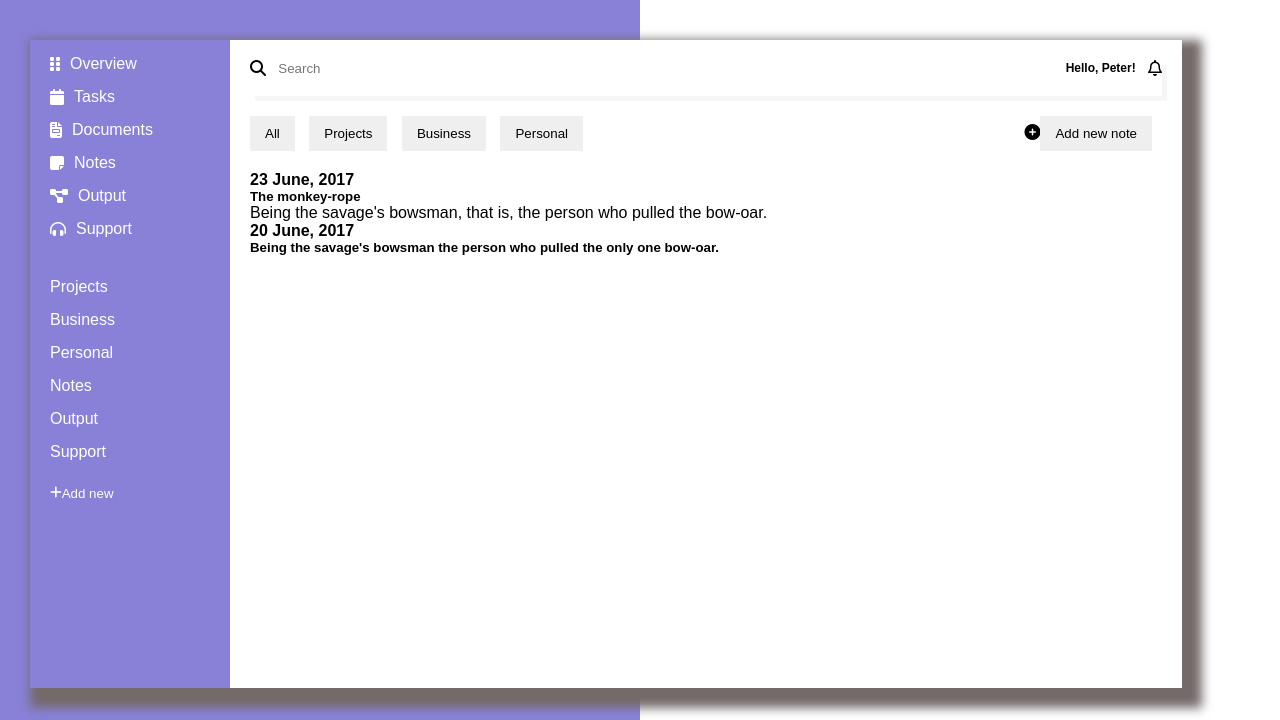
Repository: SatenikGabrielyan/HTML_CSS-_Assignment
Page: index.html
These files come from the project's save history. The page is drawn as it stood at one moment and after the next save; the edit follows.
The browser window is 1280 px wide. The pictures show the whole page.
Some web libraries are served in a nearby version.

Above is the page before, as saved 2025-03-18 00:30:50.

### index.html
<!DOCTYPE html>
<html lang="en">
  <head>
    <meta charset="UTF-8" />
    <meta name="viewport" content="width=device-width, initial-scale=1.0" />
    <title>Notes App</title>
    <link rel="stylesheet" href="./style.css" />
    <script src="https://kit.fontawesome.com/858d305f19.js" crossorigin="anonymous"></script>
</head>
  <body>
      <div class="cont">
          <div class="purp"></div>
          <div class="whit"></div>
      </div>
    <div class="container">
      <aside class="sidebar">
        <!-- <header class="circle">
            <i class="fa-regular fa-circle"></i>
        </header> -->
        <nav>
            <ul class="first">
                <li><i class="fa-solid fa-grip-vertical"></i>Overview</li>
                <li> <i class="fa-solid fa-calendar"></i>Tasks</li>
                <li><i class="fa-solid fa-file-invoice"></i>Documents</li>
                <li><i class="fa-solid fa-note-sticky"></i>Notes</li>
                <li><i class="fa-solid fa-diagram-project"></i>Output</li>
                <li><i class="fa-solid fa-headphones-simple"></i>Support</li>
            </ul>
            <ul class="second">
                <li>Projects</li>
                <li>Business</li>
                <li>Personal</li>
                <li>Notes</li>
                <li>Output</li>
                <li>Support</li>
            </ul>
        </nav>
        <button class="add-new"><i class="fa-solid fa-plus"></i>Add new</button>
        <div class="foot">

        </div>
    </aside>

    <main class="main-content">
       <div class="header">
            <i class="fas fa-search"></i>  <input type="text" placeholder="Search">
            <h3>Hello, Peter!</h3> <i class="fa-regular fa-bell"></i>
    </div>
    <div class="proj">
        <div class="but">
        <div class="tabs">
            <button>All</button>
            <button>Projects</button>
            <button>Business</button>
            <button>Personal</button>
        </div>
        <div >
            <i class="fa-solid fa-circle-plus"></i><button class="add tabs">Add new note</button>
        </div>
    </div>
        <!-- <div class="notes-grid">

            <div class="note-card">
                <h4>23 June, 2017</h4>
                <h5>The monkey-rope</h5>
                <p>Being the savage's bowsman, that is, the person who pulled the bow-oar.</p>
            </div>
            <div class="note-card">
                <h4>20 June, 2017</h4>
                <h5>Being the savage's bowsman</h5>
                <p>The person who pulled the only one bow-oar.</p>
            </div>
            <div class="note-card">
                <h4>1 June, 2017</h4>
                <h5>Vacation!</h5>
            </div>
            <div class="note-card">
                <h4>25 May, 2017</h4>
                <h5>The monkey-rope</h5>
                <p>Being the savage's bowsman, that is, the person who pulled the bow-oar.</p>
            </div>
            <div class="note-card">
                <h4>20 May, 2017</h4>
                <h5>New workplace</h5>
            </div>
            <div class="note-card">
                <h4>5 May, 2017</h4>
                <h5>That is, the person</h5>
                <p>Being the savage.</p>
            </div>
        </div> -->
        <div class="cards">
            <div class="card">
                <h4>23 June, 2017</h4>
                <h5>The monkey-rope</h5>
                <p>Being the savage's bowsman, that is, the person who pulled the bow-oar.</p>
            </div>
            <div class="card">
                <h4>20 June, 2017</h4>
                <h5>Being the savage's bowsman the person who pulled the only one bow-oar.</h5>
            </div>
        </div>
    </div>
    </main>

    </div>

  </body>
</html>

### style.css
/* CSS Variables for Colors */
:root {
    --bg-color: #fbfbfb;
    --primary-color: #8981d8;
    --secondary-color: #d0d0d0;
    --text-color: #858499;
    --highlight-color: #7f77cc;
    --hover-color: rgba(137, 129, 216, 0.5);
  }


  * {
    margin: 0;
    padding: 0;
    box-sizing: border-box;
  }

  body {
    font-family: Arial, sans-serif;
    /* background-color: var(--bg-color); */
    display: flex;
    height: 100vh;
  }
  .wrapper{
    position: relative;
  }

  .cont{
      display: flex;
      width: 100%;
      position: relative;
      z-index: -1;
      border-radius: 10px;
  }
.purp {
    width: 50%;
    background-color: var(--primary-color);
    flex-direction: row;
}
.whit {
    width: 50%;
    /* background-color: lightgray; */
    flex-direction: row;
}
  .container {
    display: flex;
    width: 90%;
    height: 90%;

    box-shadow: 10px 10px 10px 10px rgb(116, 106, 106);
    margin-left: 30px;
    margin-right: 30px;
    margin-top: 40px;
    margin-bottom: 80px;
    background: center;
    position: absolute;
    z-index: 2;
  }

   .sidebar {
    width: 200px;
    background-color: var(--primary-color);
    color: #fff;
    display: flex;
    flex-direction: column;
    /* padding: 20px; */
  }

  /* .main-content li {
    float: left;
  }

  .main-content li a {
    display: block;
    color: white;
    text-align: center;
    padding: 14px 16px;
    text-decoration: none;
  }

  .main-content li a:hover:not(.active) {
    background-color: #111;
  } */
  /* .first {
    list-style-type: none;
     list-style: none;
} */
.first li {
    margin: 15px 0;
    display: flex;
    align-items: center;
    cursor: pointer;
    padding-left: 20px;
}
  .sidebar-header h2 {
    margin-bottom: 20px;
  }

  .first li i {
    margin-right: 10px;
  }
  .second {
      margin-top: 40px;
  }
 .second li {
    margin: 15px 0;
    display: flex;
    align-items: center;
    cursor: pointer;
    padding-left: 20px;
 }
 .second li::marker {
    color: red;
  }
  .main-content {
    background-color: white;
    /* width: 200px; */
    flex-grow: 1;
    flex: 1;
    /* padding-top: 20px; */
     padding: 20px;
    /* overflow-y: auto;  */
  }

   /* header {
    display: flex;
    justify-content: space-between;
    align-items: center;
    margin-bottom: 20px;
  } */

  /*
  .header-left p {
    font-size: 1.2em;
    color: var(--text-color);
  }

  .header-right {
    display: flex;
    align-items: center;
  }

  .header-right i {
    margin-right: 20px;
    cursor: pointer;
  }

  .add-note-btn {
    background-color: var(--primary-color);
    color: #fff;
    border: none;
    padding: 10px 20px;
    cursor: pointer;
    display: flex;
    align-items: center;
  }

  .add-note-btn i {
    margin-right: 10px;
  }


  .notes-grid {
    display: grid;
    grid-template-columns: repeat(auto-fill, minmax(300px, 1fr));
    gap: 20px;
  }

  .note-item {
    background-color: #fff;
    border-radius: 8px;
    box-shadow: 0 2px 4px rgba(0, 0, 0, 0.1);
    overflow: hidden;
    display: flex;
    flex-direction: column;
    padding: 20px;
  }

  .note-item img {
    width: 100%;
    height: auto;
    border-radius: 8px;
    margin-bottom: 15px;
  }

  .note-item p {
    color: var(--text-color);
    font-size: 1em;
    line-height: 1.5;
  }


  .sidebar-list li:hover {
    background-color: var(--highlight-color);
    transition: background-color 0.3s ease;
  }


  @media (max-width: 768px) {
    .container {
      flex-direction: column;
    }

    .sidebar {
      width: 100%;
      flex-direction: row;
      justify-content: space-around;
      padding: 10px;
    }

    .sidebar-list {
      display: flex;
      flex-direction: row;
      gap: 15px;
    }

    .sidebar-list li {
      margin: 0;
    }

    .main-content {
      padding: 10px;
    }

    header {
      flex-direction: column;
      align-items: flex-start;
    }

    .header-right {
      margin-top: 10px;
    }

    .notes-grid {
      grid-template-columns: 1fr;
    }

    .note-item {
      padding: 10px;
    }

    .note-item img {
      margin-bottom: 10px;
    }
  } */
  /* .sidebar {
    background-color: #5e4b9a;
    color: white;
    width: 300px;
    padding: 20px;
} */

/* .sidebar header {
    font-size: 24px;
}

.sidebar nav ul {
    list-style: none;
    padding: 0;
}

.sidebar nav ul li {
    margin: 15px 0;
} */

.add-new {
    background-color: var(--primary-color);
    color: white;
    border: none;
    padding: 10px;
    cursor: pointer;
    display: flex;
    padding-left: 20px;
}

.header {
    display: flex;
    width: 100%;
    justify-content: space-between;
    align-items: center;
    background-color: white;
    box-shadow: 5px  5px rgb(247, 246, 246);
    padding-bottom: 20px;
}

.header input {
    border: none;
    margin: 0;
    width: 85%;
}

.header h3 {
    margin: 0;
    font-size: 12px;
}

.tabs {
    margin: 20px 0;
}

.tabs button {
    margin-right: 10px;
    padding: 10px 15px;
    border: none;
    /* background-color: #e2e2e2; */
    cursor: pointer;
}
.tabs :hover {
    background-color: var(--highlight-color);
    transition: background-color 0.3s ease;
  }

.notes-grid {
    display: grid;
    grid-template-columns: repeat(auto-fill, minmax(240px, 1fr));
    gap: 20px;
}
.but{
    display: flex;
    flex-direction: row;
    justify-content: space-between;
}
.add {
    margin-right: 10px;
    padding: 10px 15px;
    border: none;
    cursor: pointer;
}

.note-card {
    border: 1px solid #e2e2e2;
    border-radius: 10px;
    padding: 15px;
    background-color: #f9f9f9;
}

.note-card h4 {
    margin: 0;
    font-weight: normal;
}

.note-card h5 {
    margin: 10px 0;
}

After the next save:
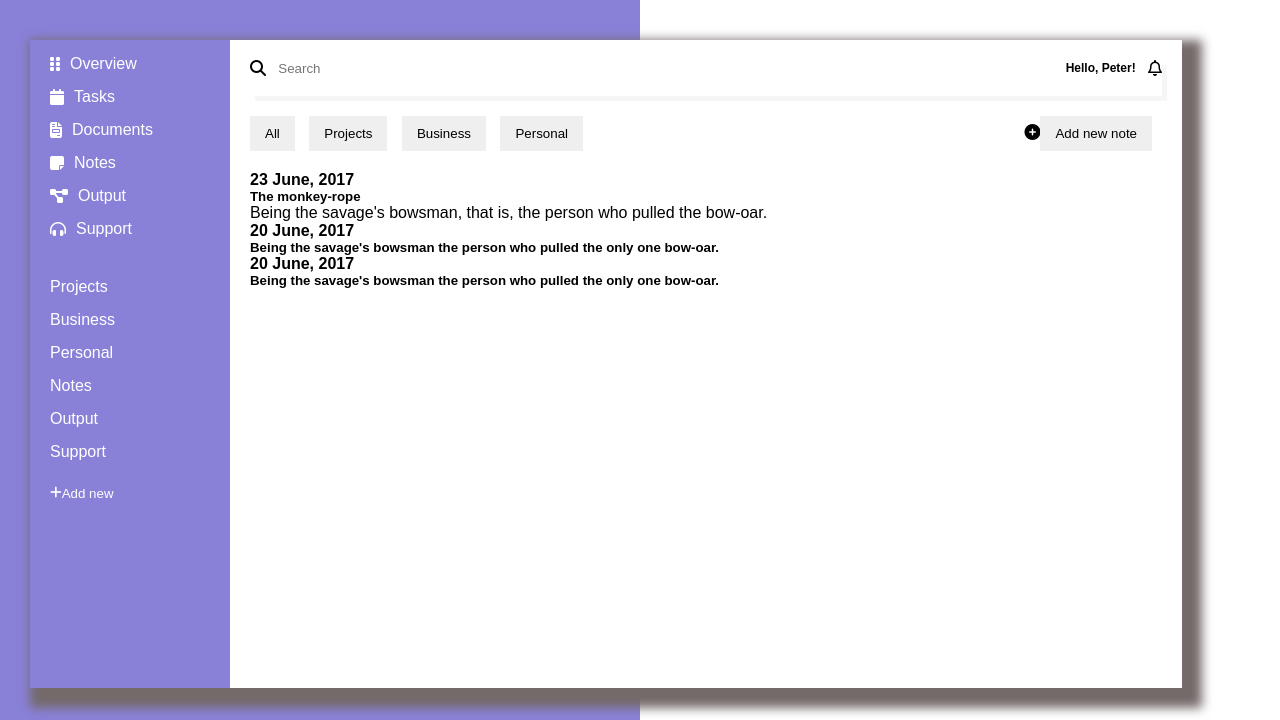
Saved 45 s later.
--- a/index.html
+++ b/index.html
@@ -99,6 +99,10 @@
                 <h4>20 June, 2017</h4>
                 <h5>Being the savage's bowsman the person who pulled the only one bow-oar.</h5>
             </div>
+            <div class="card">
+                <h4>20 June, 2017</h4>
+                <h5>Being the savage's bowsman the person who pulled the only one bow-oar.</h5>
+            </div>
         </div>
     </div>
     </main>
